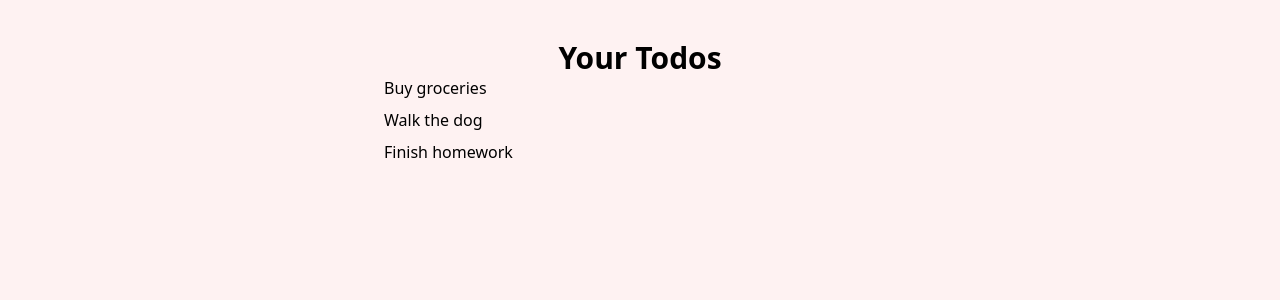
Repository: kocokoy/lodo-list-react-ts-tailwind
Page: /
The author's editor kept a copy of each file at every save. The page is drawn from the files as they stood at one save, then again after the next save.
The browser window is 1280 px wide. The pictures show the whole page.
The project was rebuilt for these pictures with package versions that can differ from the ones it lists, and the page was loaded fresh each time. Also part of the build but not shown: vite.config.ts.

Above is the page before, as saved 2025-07-29 15:10:35.

After the next save:
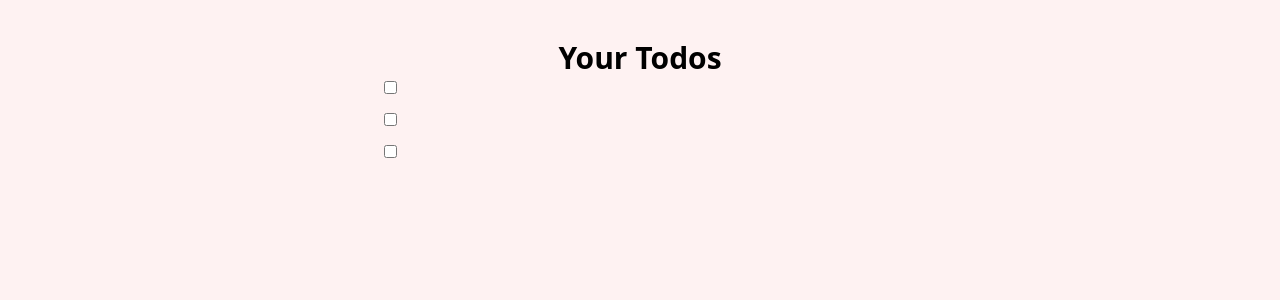
Saved 68 s later.
--- a/src/components/TodoItem.tsx
+++ b/src/components/TodoItem.tsx
@@ -7,7 +7,11 @@ interface TodoItemProps {
 export default function TodoItem({todo}: TodoItemProps){
   return(
     <div>
-      {todo.title}
+      <label>
+        <input
+        type="checkbox"
+        />
+      </label>
     </div>
   )
 }
